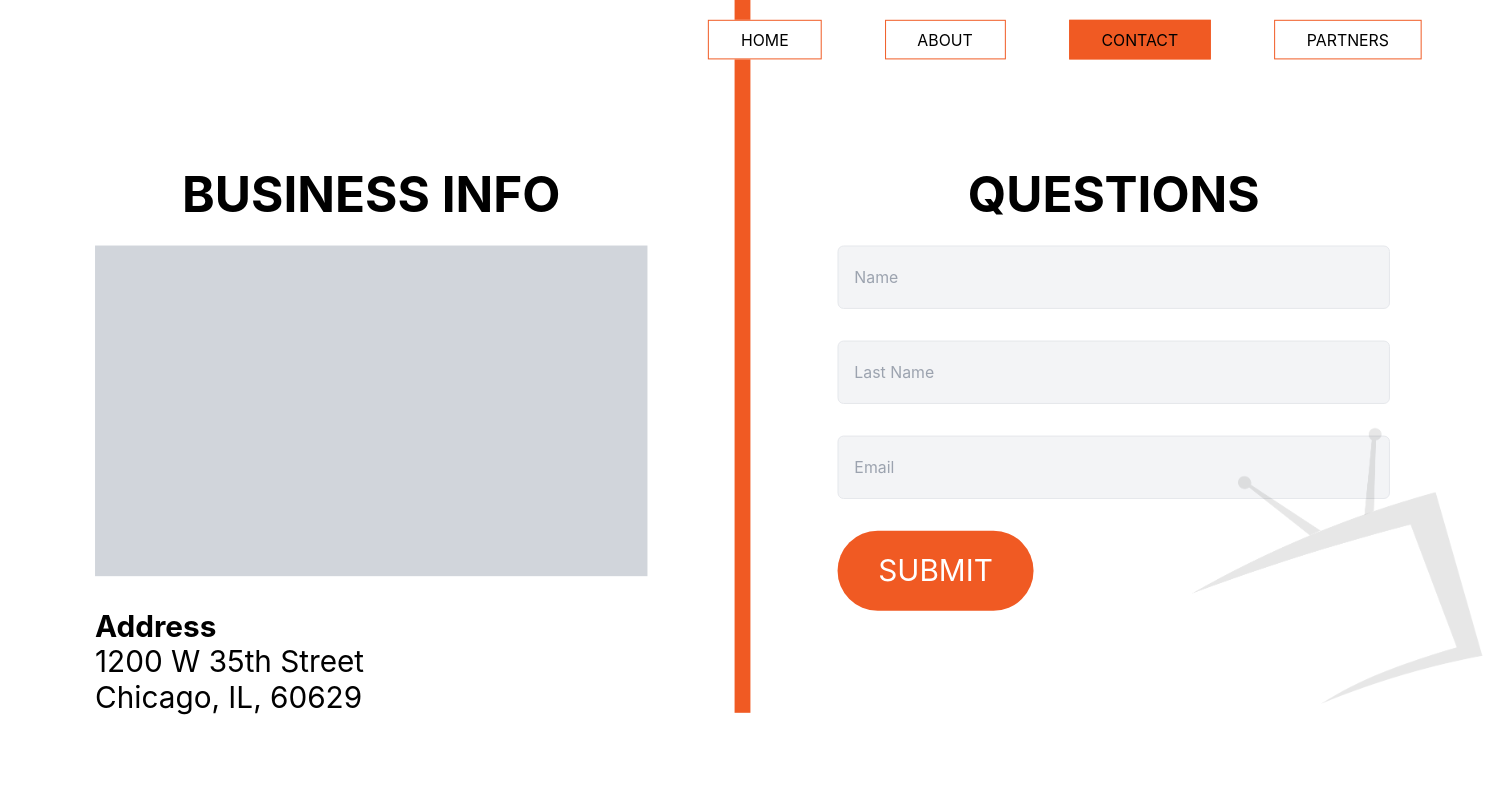
Repository: legenddev1202/whyclicktv
Page: /contact
These files come from the project's save history. The page is drawn as it stood at one moment and after the next save; the edit follows.
The browser window is 1280 px wide. The page is 1500 px wide, so the pictures cover 1500 px, including what lies to the right of the window. The pictures show the whole page, at 99% of full size.
The project was rebuilt for these pictures with package versions that can differ from the ones it lists, and the page was loaded fresh each time. Also part of the build but not shown: src/App.css, src/pages/home.js, src/pages/about.js, src/pages/partners.js, src/pages/referral.js.

Above is the page before, as saved 2022-03-31 15:14:43.

### public/index.html
<!DOCTYPE html>
<html lang="en">
  <head>
    <meta charset="utf-8" />
    <link rel="icon" href="%PUBLIC_URL%/favicon.ico" />
    <meta name="viewport" content="width=device-width, initial-scale=1" />
    <meta name="theme-color" content="#000000" />
    <meta name="description" content="why-click" />
    <link rel="apple-touch-icon" href="%PUBLIC_URL%/favicon.ico" />
    <!--
      manifest.json provides metadata used when your web app is installed on a
      user's mobile device or desktop. See https://developers.google.com/web/fundamentals/web-app-manifest/
    -->
    <link rel="manifest" href="%PUBLIC_URL%/manifest.json" />
    <!--
      Notice the use of %PUBLIC_URL% in the tags above.
      It will be replaced with the URL of the `public` folder during the build.
      Only files inside the `public` folder can be referenced from the HTML.

      Unlike "/favicon.ico" or "favicon.ico", "%PUBLIC_URL%/favicon.ico" will
      work correctly both with client-side routing and a non-root public URL.
      Learn how to configure a non-root public URL by running `npm run build`.
    -->
    <title>WhyClick.tv</title>
  </head>
  <body>
    <noscript>WhyClick.tv</noscript>
    <div id="root"></div>
    <!--
      This HTML file is a template.
      If you open it directly in the browser, you will see an empty page.

      You can add webfonts, meta tags, or analytics to this file.
      The build step will place the bundled scripts into the <body> tag.

      To begin the development, run `npm start` or `yarn start`.
      To create a production bundle, use `npm run build` or `yarn build`.
    -->
  </body>
</html>

### src/index.css
@tailwind base;
@tailwind components;
@tailwind utilities;

body {
  margin: 0;
  font-family: -apple-system, BlinkMacSystemFont, "Segoe UI", "Roboto", "Oxygen",
    "Ubuntu", "Cantarell", "Fira Sans", "Droid Sans", "Helvetica Neue",
    sans-serif;
  -webkit-font-smoothing: antialiased;
  -moz-osx-font-smoothing: grayscale;
  height: 100%;
  min-height: 700px;
  min-width: 1500px;
}

code {
  font-family: source-code-pro, Menlo, Monaco, Consolas, "Courier New",
    monospace;
}

input::placeholder {
  font-size: 50;
}

input::-moz-placeholder {
  font-size: 50;
}

input::-webkit-input-placeholder {
  font-size: 50;
}

### src/App.js
import { Routes, Route, Link } from "react-router-dom";
import "./App.css";
import Home from "./pages/home";
import About from "./pages/about";
import Contact from "./pages/contact";
import Partners from "./pages/partners";
import Referral from "./pages/referral";

function App() {
  return (
    <Routes>
      <Route path="/" element={<Home />} />
      <Route path="about" element={<About />} />
      <Route path="contact" element={<Contact />} />
      <Route path="partners" element={<Partners />} />
      <Route path="referrel" element={<Referral />} />
    </Routes>
  );
}

export default App;

### src/pages/contact.js
import React from "react";
import { Routes, Route, Link } from "react-router-dom";

function Contact() {
  return (
    <div className="relative h-full w-full" style={{ height: "100vh" }}>
      <div className="bg-transparent w-full h-20 flex items-center px-8 justify-between z-20 absolute">
        <div></div>
        <div className="bg-transparent">
          <button
            className="h-10 px-8 mx-8 border"
            style={{ borderColor: "#F05A23", backgroundColor: "white" }}
          >
            <Link to="/">HOME</Link>
          </button>
          <button
            className="h-10 px-8 mx-8 border"
            style={{ borderColor: "#F05A23", backgroundColor: "white" }}
          >
            <Link to="/about">ABOUT</Link>
          </button>
          <button
            className="h-10 px-8 mx-8 border"
            style={{ borderColor: "#F05A23", backgroundColor: "#F05A23" }}
          >
            <Link to="/contact">CONTACT</Link>
          </button>
          <button
            className="h-10 px-8 mx-8 border"
            style={{ borderColor: "#F05A23" }}
          >
            <Link to="/partners">PARTNERS</Link>
          </button>
        </div>
      </div>
      <div
        className="absolute w-4 h-full left-0 right-0 mx-auto z-10"
        style={{ backgroundColor: "#F05A23", height: "100vh" }}
      ></div>
      <div className="w-full mt-20 absolute p-12 flex">
        <div className="w-1/2 p-12 pr-24 flex flex-col items-center">
          <div className="text-4xl font-bold" style={{ fontSize: 50 }}>
            BUSINESS INFO
          </div>
          <div
            className="w-full h-72 bg-gray-300 mt-8"
            style={{ height: 334 }}
          ></div>
          <div className="mt-8 self-start">
            <div
              className="text-xl font-bold"
              style={{ fontSize: 30, lineHeight: 1.2 }}
            >
              Address
            </div>
            <div className="text-xl" style={{ fontSize: 30, lineHeight: 1.2 }}>
              1200 W 35th Street{" "}
            </div>
            <div className="text-xl" style={{ fontSize: 30, lineHeight: 1.2 }}>
              Chicago, IL, 60629{" "}
            </div>
          </div>
        </div>
        <div className="w-1/2 p-12 pl-24 flex flex-col items-center">
          <div className="text-4xl font-bold" style={{ fontSize: 50 }}>
            QUESTIONS
          </div>
          <div className="w-full mt-8">
            <input
              className="w-full rounded-md border px-4 bg-gray-100"
              placeholder="Name"
              style={{ height: 64 }}
            ></input>
            <div className="w-full mt-8">
              <input
                className="w-full rounded-md h-16 border px-4 bg-gray-100"
                placeholder="Last Name"
              ></input>
            </div>

            <div className="w-full mt-8">
              <input
                className="w-full rounded-md h-16 border px-4 bg-gray-100"
                placeholder="Email"
              ></input>
            </div>
          </div>
          <div className="self-start mt-8">
            <button
              className=" rounded-full"
              style={{
                backgroundColor: "#F05A23",
                width: 198,
                height: 81,
                color: "white",
                fontSize: 30,
              }}
            >
              SUBMIT
            </button>
          </div>
        </div>
      </div>
      <img
        className="logo-icon h-72 absolute bottom-0 right-0"
        src="assets/images/logos/tv-logo.png"
        alt="logo"
      />
    </div>
  );
}

export default Contact;

Loaded but not shown: src/index.js (common file); src/reportWebVitals.js (common file); tailwind.config.js (common file)

After the next save:
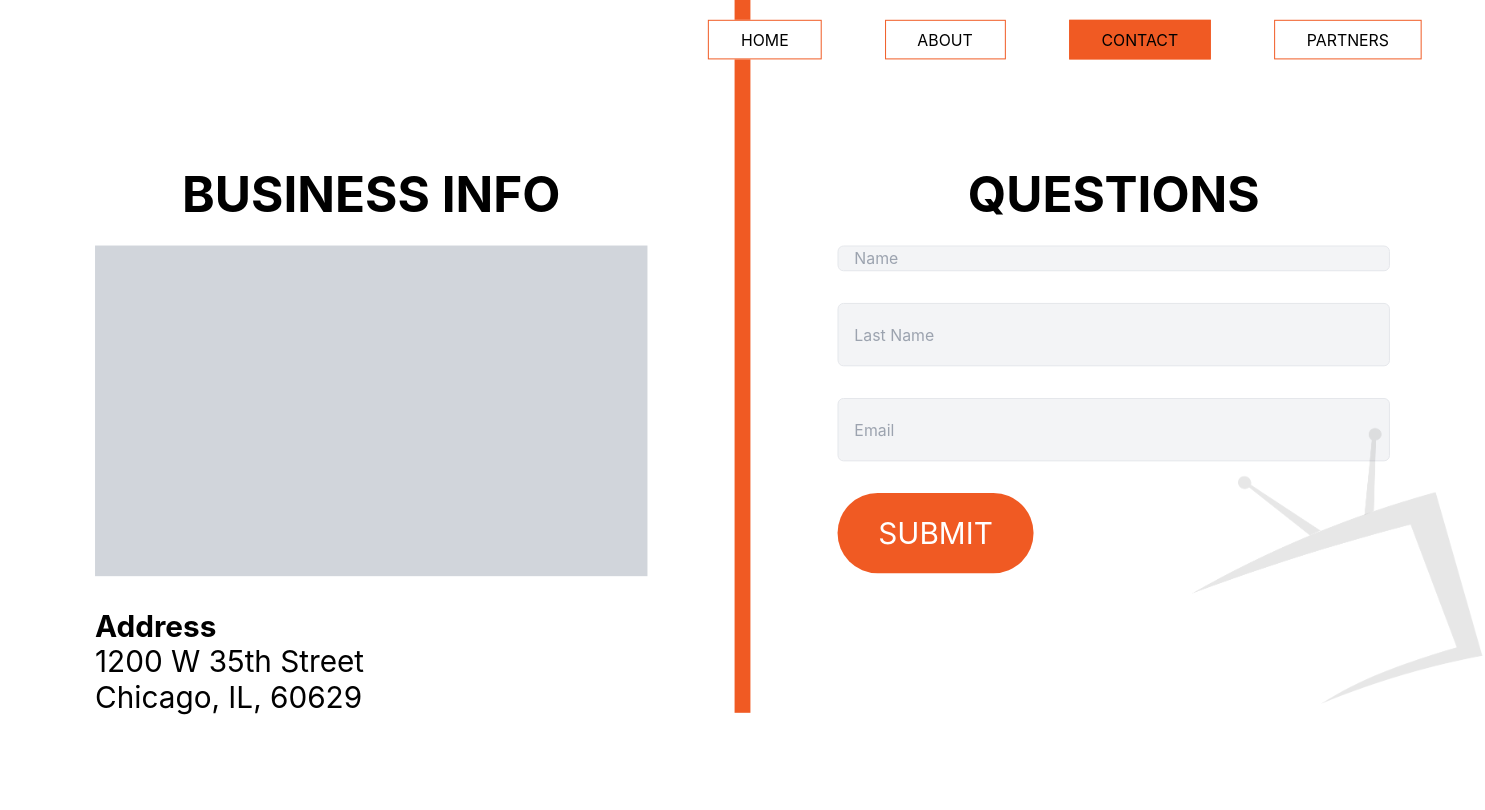
Saved 6 s later.
--- a/src/pages/contact.js
+++ b/src/pages/contact.js
@@ -69,7 +69,6 @@
             <input
               className="w-full rounded-md border px-4 bg-gray-100"
               placeholder="Name"
-              style={{ height: 64 }}
             ></input>
             <div className="w-full mt-8">
               <input

After the save that followed:
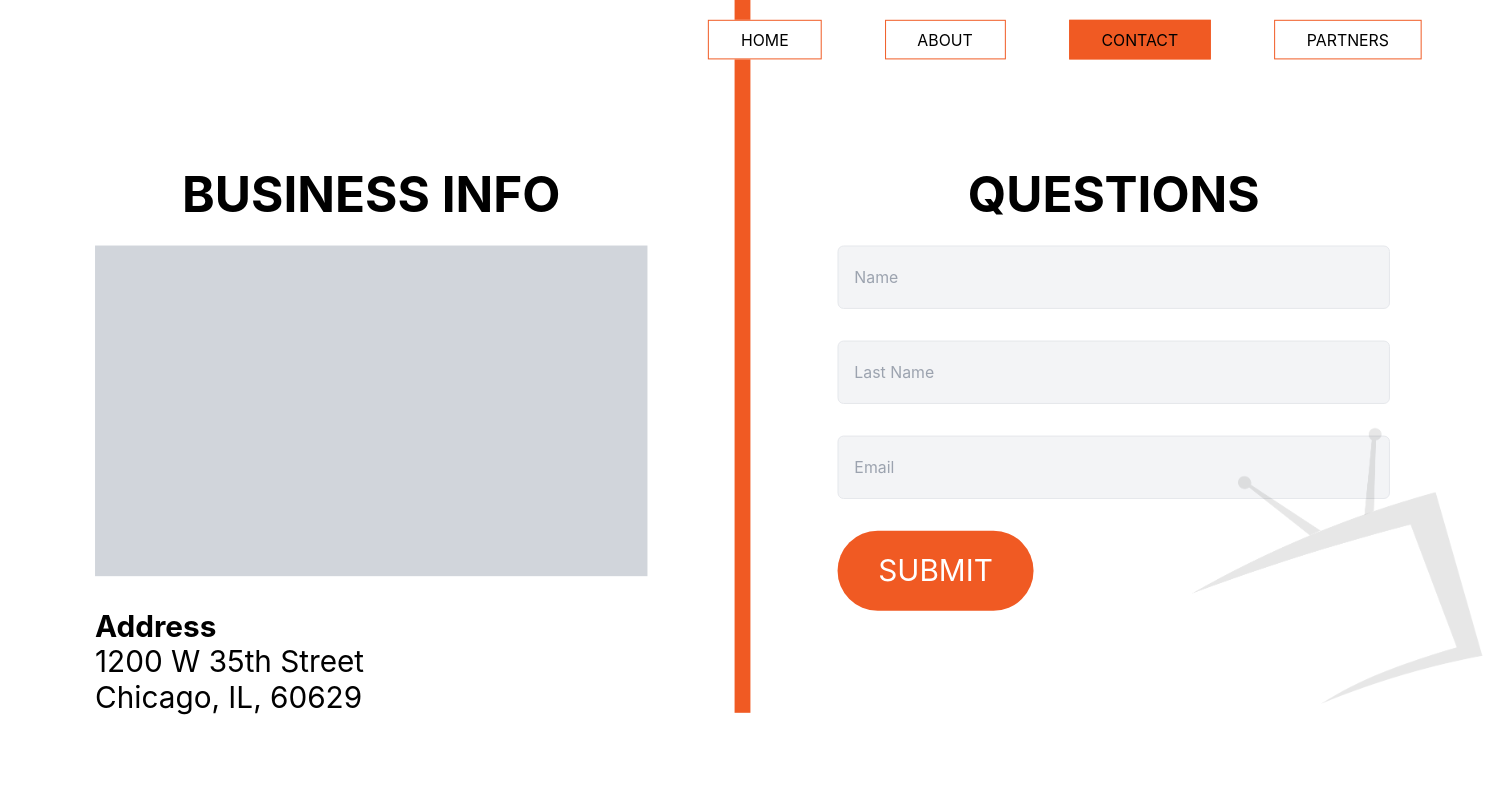
Saved 7 s later.
--- a/src/pages/contact.js
+++ b/src/pages/contact.js
@@ -67,7 +67,7 @@
           </div>
           <div className="w-full mt-8">
             <input
-              className="w-full rounded-md border px-4 bg-gray-100"
+              className="w-full rounded-md h-16 border px-4 bg-gray-100"
               placeholder="Name"
             ></input>
             <div className="w-full mt-8">
